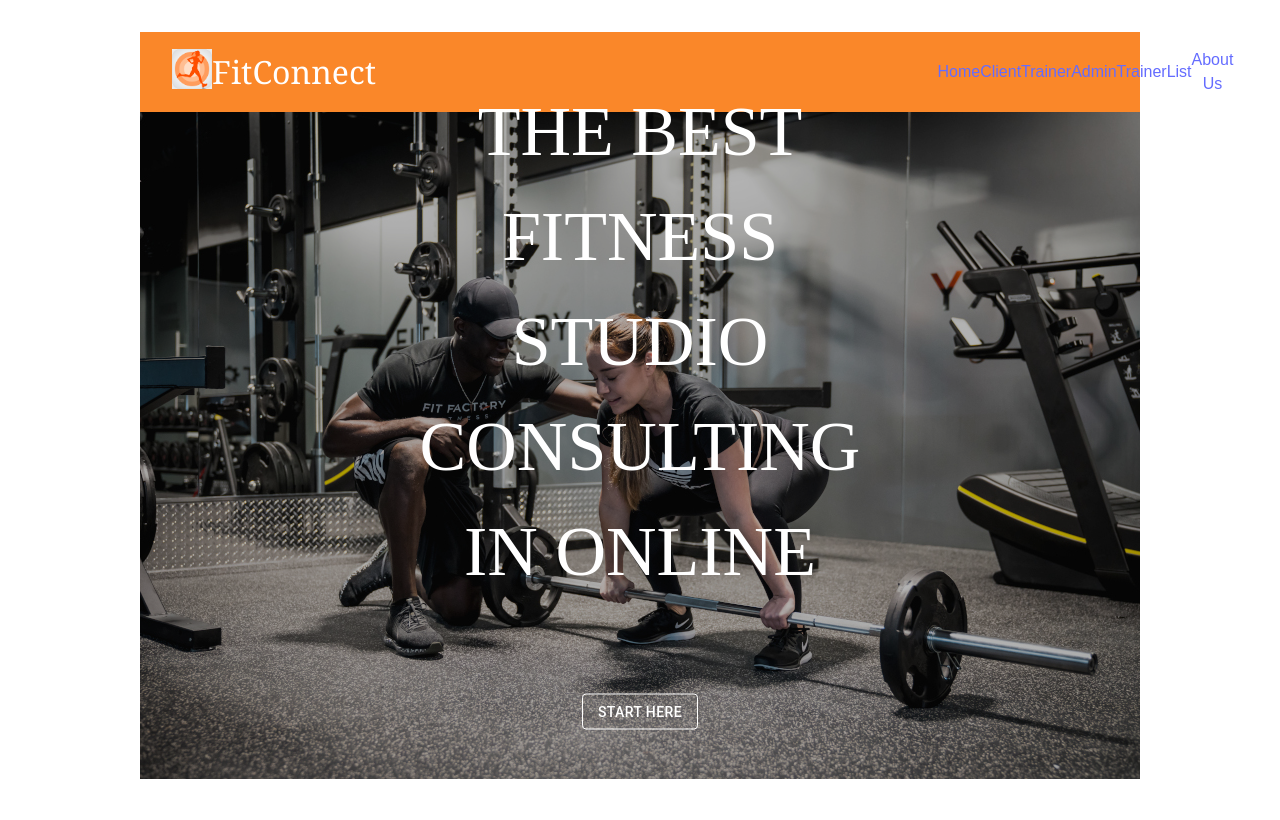
Repository: sarathraj2002/fitconnect
Page: / (app in Frontend/)
An editor plug-in stored every save of this project. The page is shown before and after the next save, followed by the edit.
The browser window is 1280 px wide. The pictures show the whole page.
The project was rebuilt for these pictures with package versions that can differ from the ones it lists, and the page was loaded fresh each time. Also part of the build but not shown: Frontend/vite.config.js, Frontend/src/components/ClientPage.jsx, Frontend/src/components/TrainerPage.jsx, Frontend/src/components/AdminPage.jsx, Frontend/src/components/TrainerListPage.jsx, Frontend/src/components/AboutUs.jsx.

Above is the page before, as saved 2024-11-08 22:14:48.

### Frontend/index.html
<!doctype html>
<html lang="en">
  <head>
    <meta charset="UTF-8" />
    <link rel="icon" type="image/svg+xml" href="/vite.svg" />
    <meta name="viewport" content="width=device-width, initial-scale=1.0" />
    <title>FitConnect</title>
  </head>
  <body>
    <div id="root"></div>
    <script type="module" src="/src/main.jsx"></script>
  </body>
</html>

### Frontend/src/App.jsx
import React from 'react';
import { useState } from 'react'
import './App.css'
import { Route, Routes } from 'react-router-dom';
import NavBar from './components/NavBar';
import ClientPage from './components/ClientPage';
import TrainerPage from './components/TrainerPage';
import AdminPage from './components/AdminPage';
import TrainerListPage from './components/TrainerListPage';
import AboutUs from './components/AboutUs.jsx';
import Home from './components/Home.jsx';

function App() {
  const [count, setCount] = useState(0)

  return (
    <>


      <NavBar />
      <Routes>
        <Route path="/" element={<Home />}></Route>
        <Route path="/client" element={<ClientPage />}></Route>
        <Route path="/trainer" element={<TrainerPage />} ></Route>
        <Route path="/admin" element={<AdminPage />}></Route>
        <Route path="/trainerlist" element={<TrainerListPage />}></Route>
        <Route path="/about" element={<AboutUs />}></Route>
      </Routes>



    </>
  )
}

export default App

### Frontend/src/components/Navbar.jsx
import React from 'react';
import { Link } from 'react-router-dom';
import './navbar.css';
import { assets } from '../assets/assets';
const Navbar = () => {
  return (
     <nav className="navbar">
    {/* Logo */}
    <div className="navbar-logo">
      <img src={assets.logo} alt="Logo" />
    </div>
    <div className='head'>
      FitConnect
    </div>


        <Link to="/">Home</Link>
        <Link to="/client">Client</Link>
        <Link to="/trainer">Trainer</Link>
        <Link to="/admin">Admin</Link>
        <Link to="/trainerlist">TrainerList</Link>
        <Link to="/about">About Us</Link>

    </nav>
  );
};

export default Navbar;

### Frontend/src/components/Home.jsx
import React from 'react'
import { assets } from '../assets/assets'

import Button from '@mui/material/Button';

import { Stack } from '@mui/material';
const Home = () => {
  return (

    <>

    <div className='img' style={{ position: 'relative', textAlign: 'center' }}>

    <img
      style={{  width: '100%',filter: 'brightness(70%)' }}
      src={assets.head1}
      alt=""
    />
    <p
      style={{
        position: 'absolute',
        top: '50%',
        left: '50%',
        transform: 'translate(-50%, -50%)',
        color: 'white',
        fontSize: '70px',

        fontFamily:'fantasy'
      }}
    >
      THE BEST FITNESS STUDIO CONSULTING IN ONLINE
      <Stack spacing={2} direction="row" alignItems="center"
      justifyContent="center"
      style={{ height: '30vh' }} >

      <Button variant="outlined" sx={{ color: 'white', borderColor: 'white' }}>START HERE</Button>
    </Stack>

    </p>




    </div>

    </>
  )
}

export default Home;

### Frontend/src/components/Navbar.css
.head{
    font-size:xx-large;
    margin-right: 60%;
    font-family:Georgia, 'Times New Roman', Times, serif;

}
* {
    margin: 0;
    padding: 0;
    box-sizing: border-box;
  }

  body {
    font-family: Arial, sans-serif;
  }

  .navbar {
    display: flex;
    align-items: center;
    justify-content: space-between;
    background-color: #fa8729;
    padding: 1rem 2rem ;
    color: white;
    position: relative;
  }

  .navbar-logo img {
    height: 40px; /* Adjust height as needed */
    width: auto;
  }

  .navbar-links {
    list-style: none;
    display: flex;
    gap: 1.5rem;
  }

  .navbar-links li {
    cursor: pointer;
    color: white;
    font-size: 1rem;
    transition: color 0.3s ease;
  }

  .navbar-links li:hover {
    color: #ec7819;
  }

  .navbar-button {
    padding: 0.5rem 1.5rem;
    border: none;
    background-color: #fa8729;
    color: white;
    border-radius: 5px;
    cursor: pointer;
    transition: background-color 0.3s ease;
  }

  .navbar-button:hover {
    background-color: #e76f51;
  }


  .navbar-toggle {
    display: none;
    font-size: 1.5rem;
    color: white;
    cursor: pointer;
  }


  @media (max-width: 768px) {
    .navbar-links {
      display: none;
      position: absolute;
      top: 60px;
      right: 20px;
      background-color: #333;
      flex-direction: column;
      padding: 1rem;
      gap: 1rem;
      border-radius: 5px;
    }

    .navbar-links.open {
      display: flex;
    }

    .navbar-toggle {
      display: block;
    }
  }

### Frontend/src/assets/assets.js
import logo from './logo.png';
import head1 from './head1.png'

export const assets={
    logo,
    head1
};

Loaded but not shown: Frontend/src/main.jsx (common file); Frontend/src/index.css (common file); Frontend/src/App.css (common file)

After the next save:
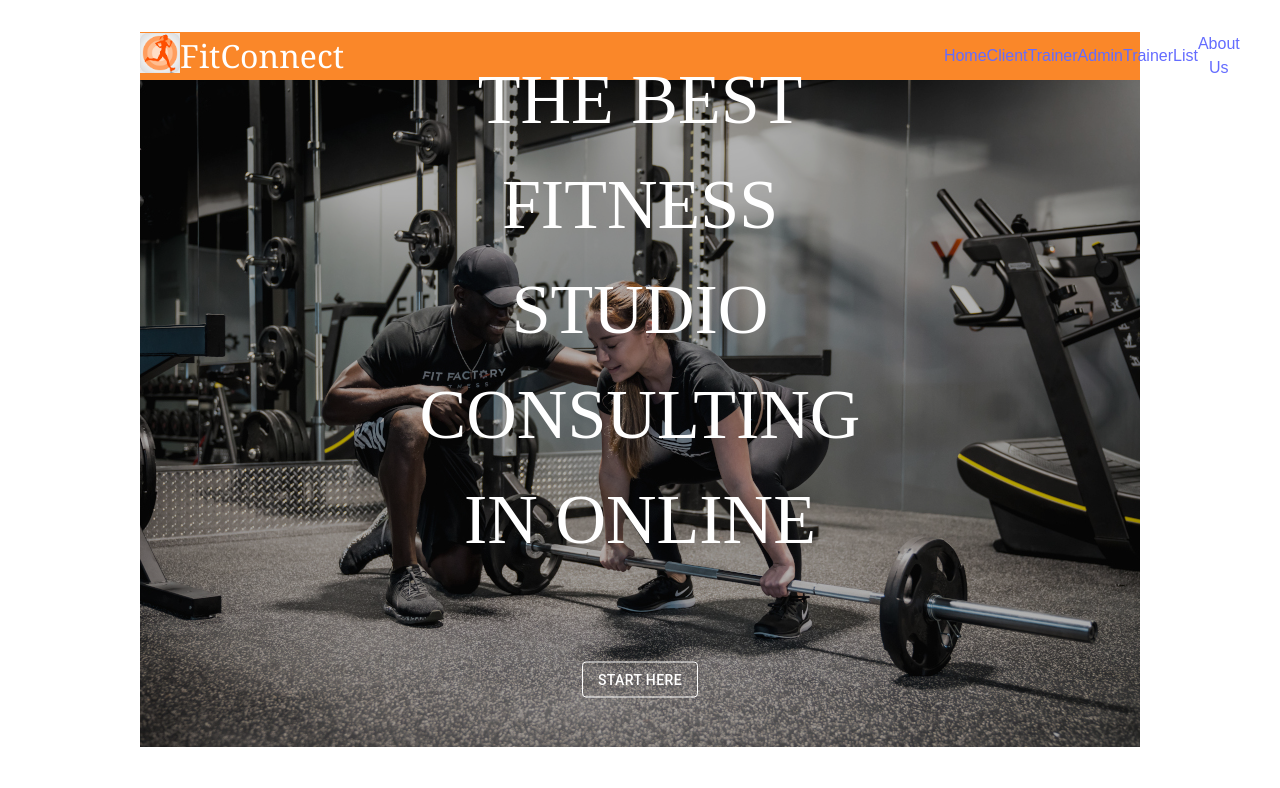
Saved 45 s later.
--- a/Frontend/src/components/Navbar.css
+++ b/Frontend/src/components/Navbar.css
@@ -19,7 +19,7 @@
     align-items: center;
     justify-content: space-between;
     background-color: #fa8729;
-    padding: 1rem 2rem ;
+    padding: ;
     color: white;
     position: relative;
   }

After the save that followed:
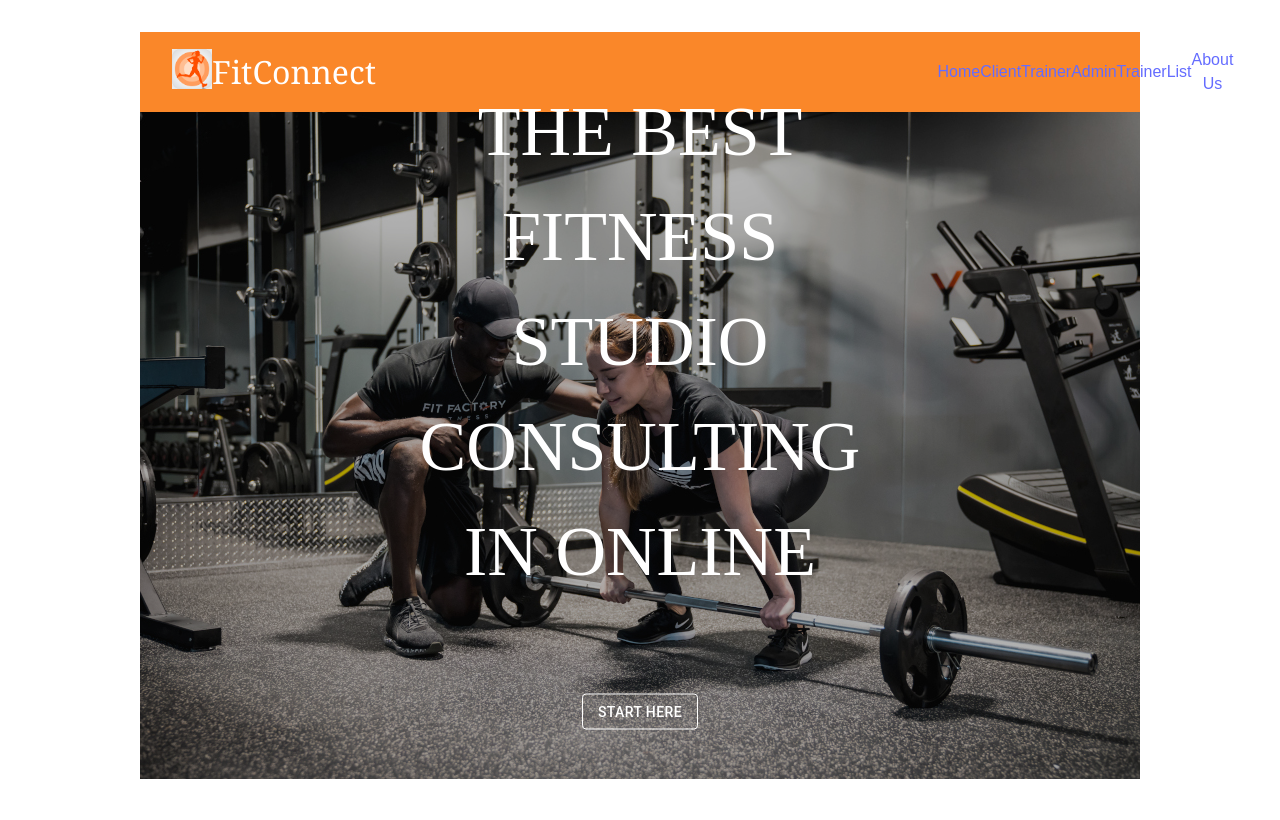
Saved 5 s later.
--- a/Frontend/src/components/Navbar.css
+++ b/Frontend/src/components/Navbar.css
@@ -19,7 +19,7 @@
     align-items: center;
     justify-content: space-between;
     background-color: #fa8729;
-    padding: ;
+    padding: 1rem 2rem ;
     color: white;
     position: relative;
   }
